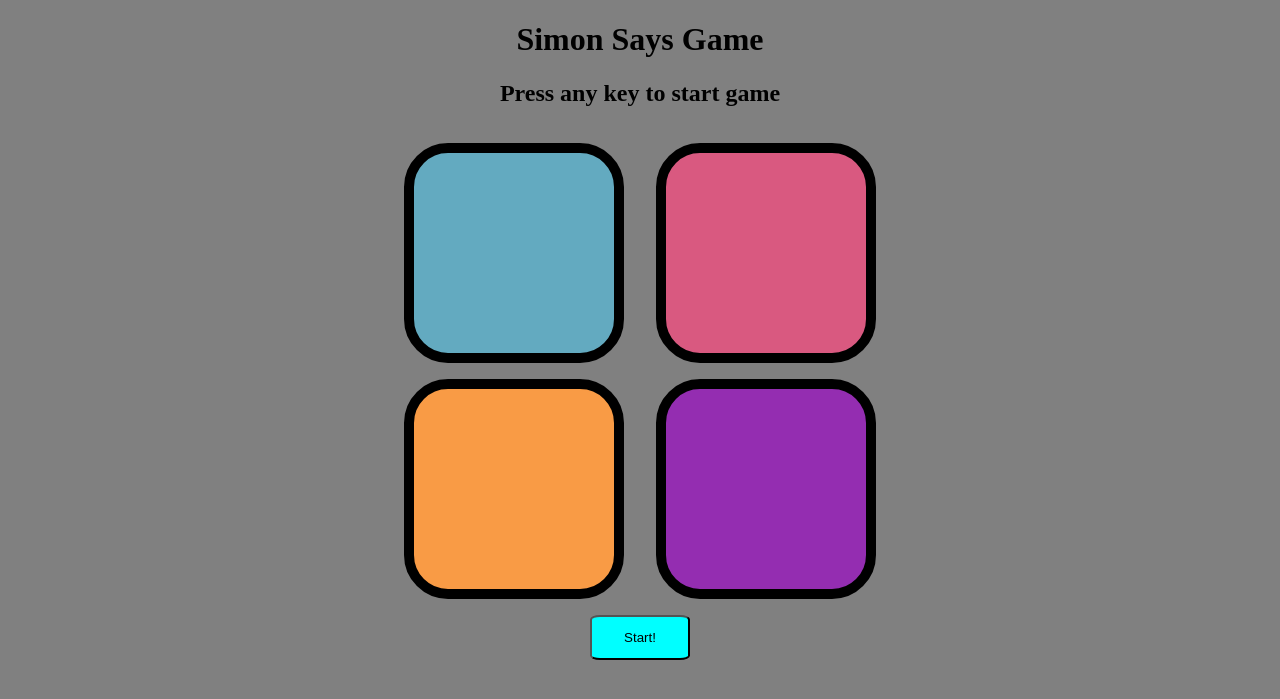
Repository: Ruchii02/javascript-mini-project
Page: index.html
The author's editor kept a copy of each file at every save. The page is drawn from the files as they stood at one save, then again after the next save.
The browser window is 1280 px wide. The pictures show the whole page.

Above is the page before, as saved 2024-07-02 11:47:08.

After the next save:
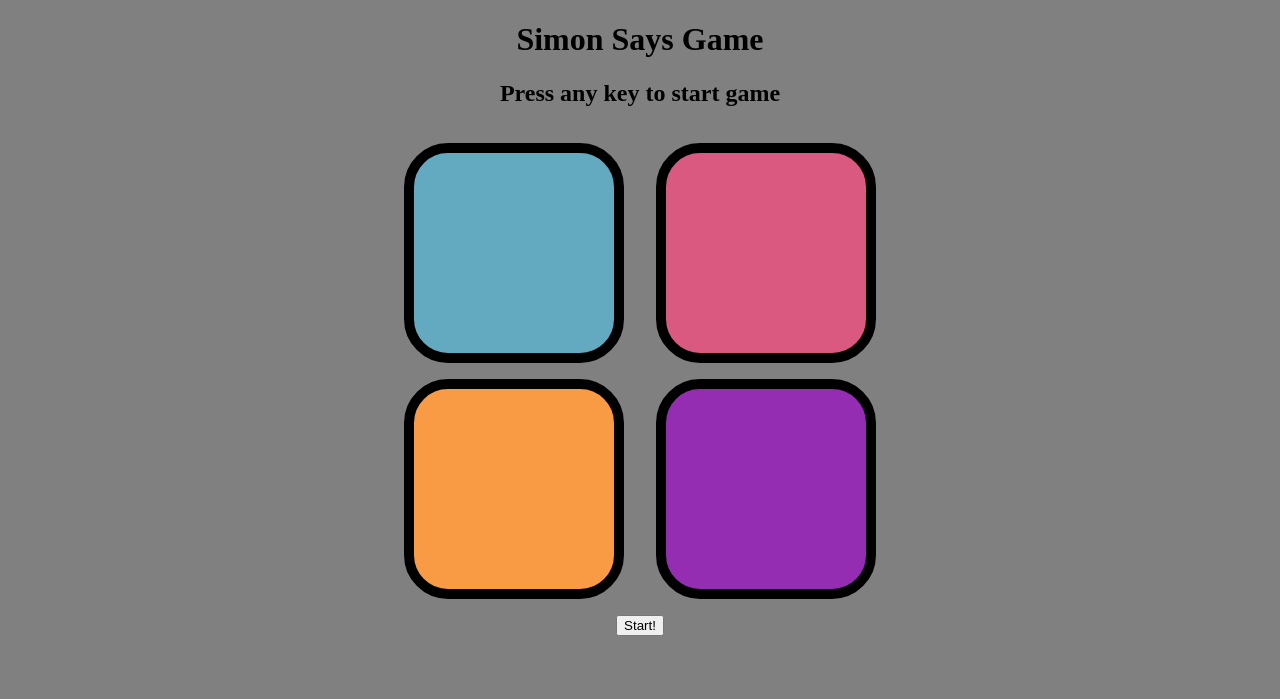
Saved 33 s later.
--- a/style.css
+++ b/style.css
@@ -9,12 +9,6 @@ body{
     border: 10px solid black;
     margin: 1rem;
 
-}
-.sbtn{
-    height: 45px;
-    width: 100px;
-    border-radius:10%;
-    background-color: aqua;
 }
 .btn-container{
     display: flex;
